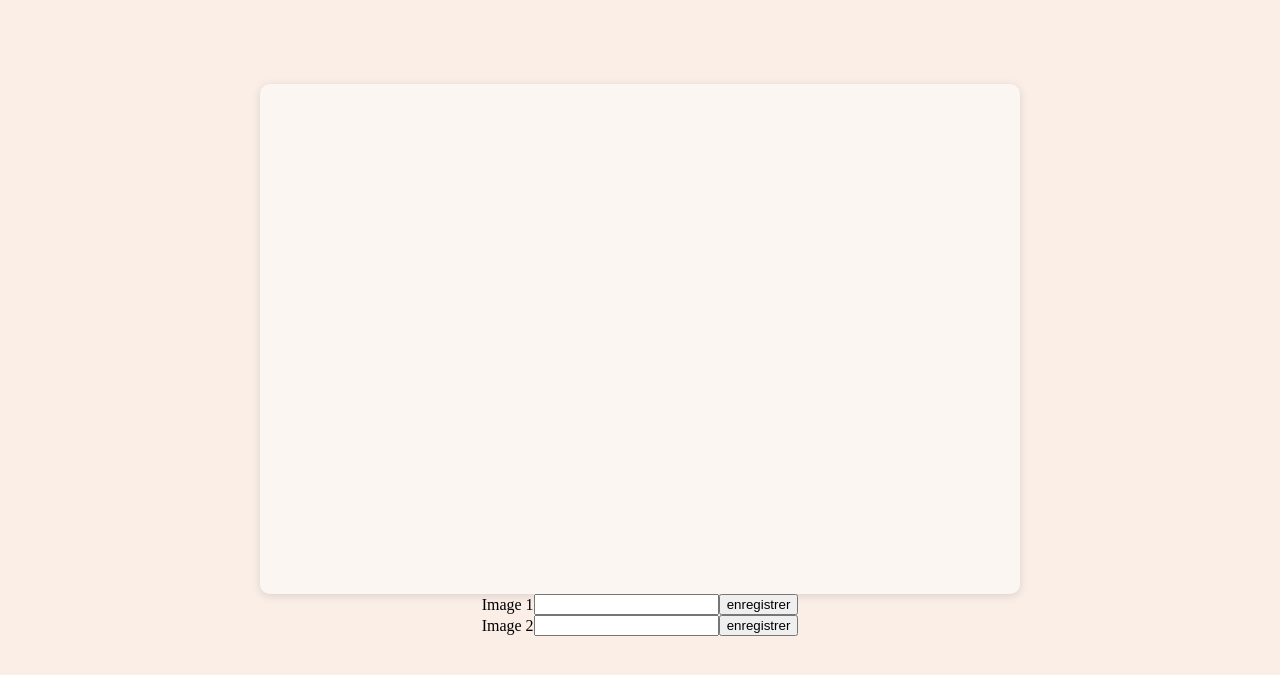
Repository: Lucas-Cassan/img-assembler
Page: / (app in frontend/)
The author's editor kept a copy of each file at every save. The page is drawn from the files as they stood at one save, then again after the next save.
The browser window is 1280 px wide. The pictures show the whole page.
The project was rebuilt for these pictures with package versions that can differ from the ones it lists, and the page was loaded fresh each time.

Above is the page before, as saved 2022-02-02 15:19:07.

After the next save:
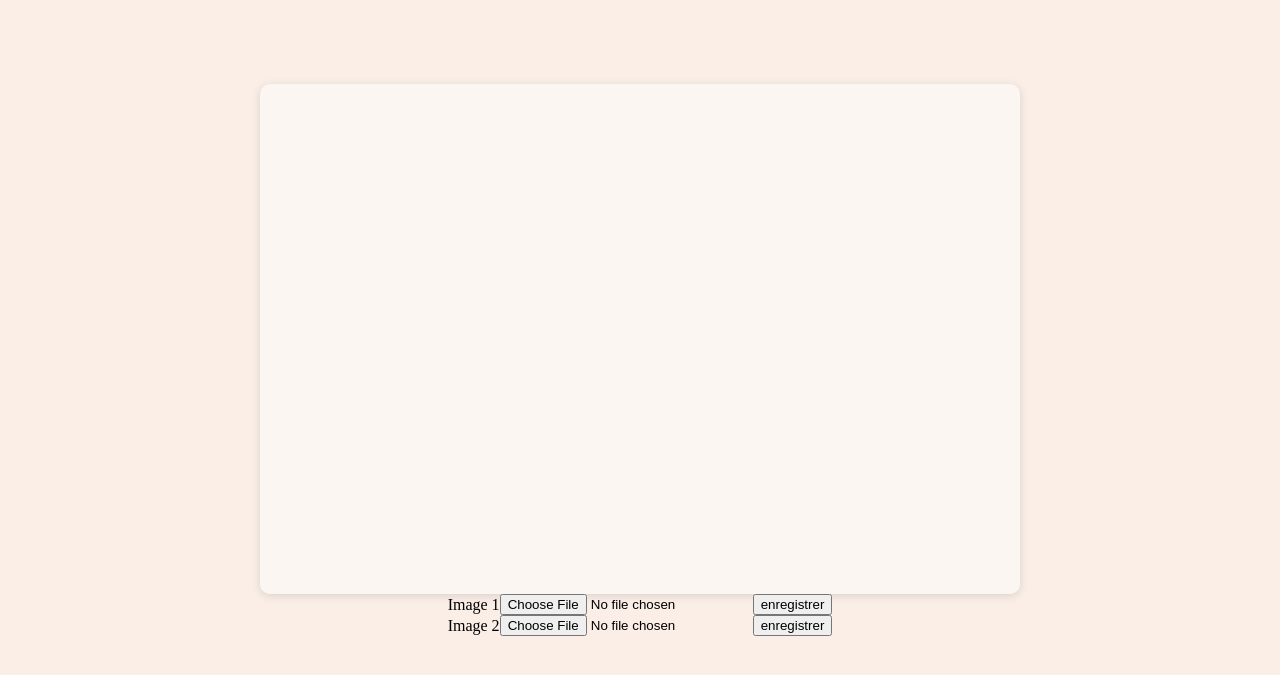
Saved 9 s later.
--- a/frontend/src/pages/Fusiooooon.js
+++ b/frontend/src/pages/Fusiooooon.js
@@ -43,7 +43,7 @@ const Fusiooooon = () => {
       <form action="" onSubmit={handleSubmit}>
         <label htmlFor="image1">Image 1</label>
         <input
-          type="files"
+          type="file"
           name="image1"
           id="image1"
           accept=".jpg, .jpeg, .png"
@@ -54,7 +54,7 @@ const Fusiooooon = () => {
       <form action="" onSubmit={handleSubmit2}>
         <label htmlFor="image2">Image 2</label>
         <input
-          type="files"
+          type="file"
           name="image2"
           id="image2"
           accept=".jpg, .jpeg, .png"
